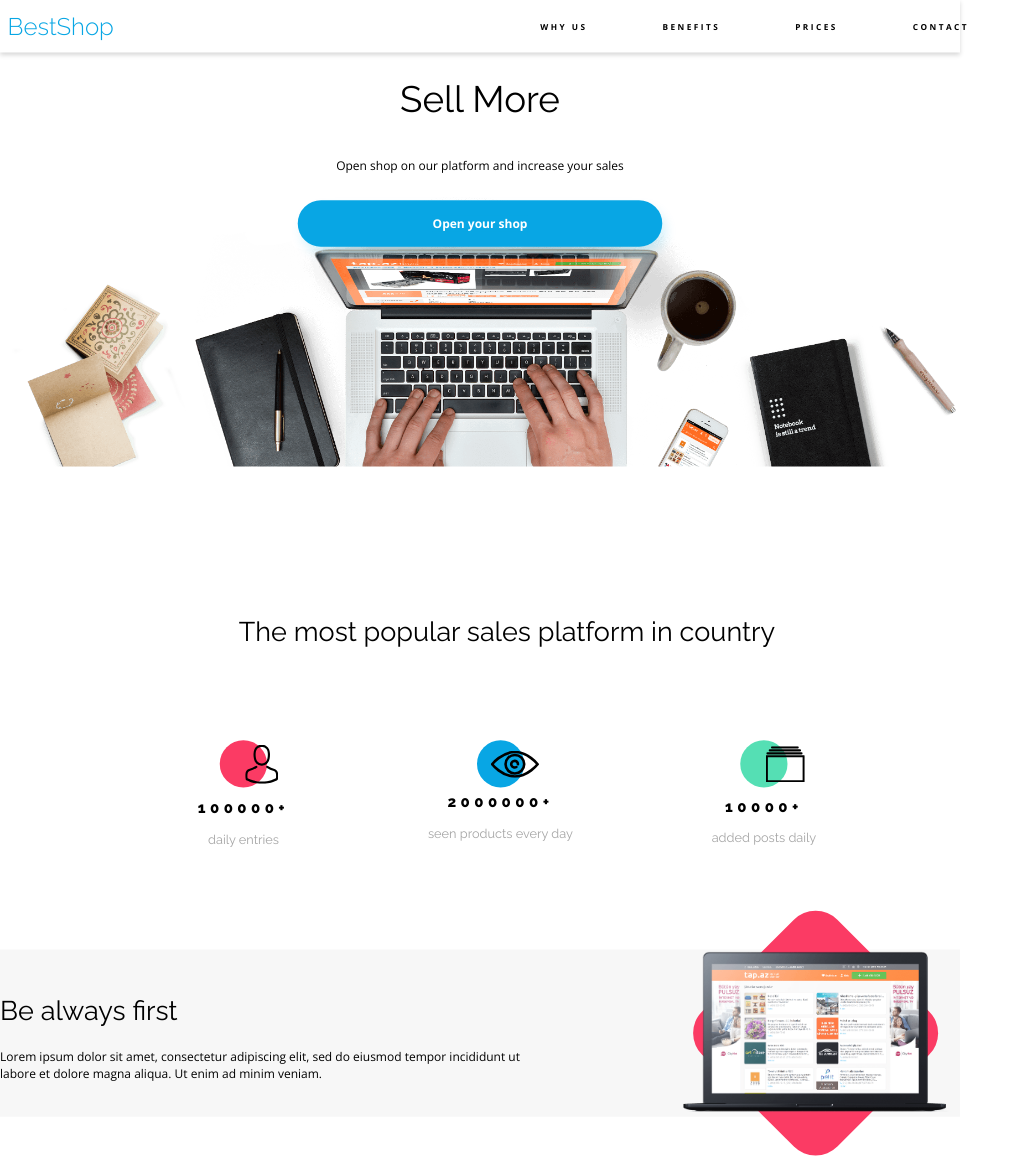
Repository: Widzisz/bestshop-website
Page: index.html
The author's editor kept a copy of each file at every save. The page is drawn from the files as they stood at one save, then again after the next save.
The browser window is 1280 px wide. The page is 1352 px wide, so the pictures cover 1352 px, including what lies to the right of the window. The pictures show the whole page, at 75% of full size.

Above is the page before, as saved 2021-03-19 20:36:51.

After the next save:
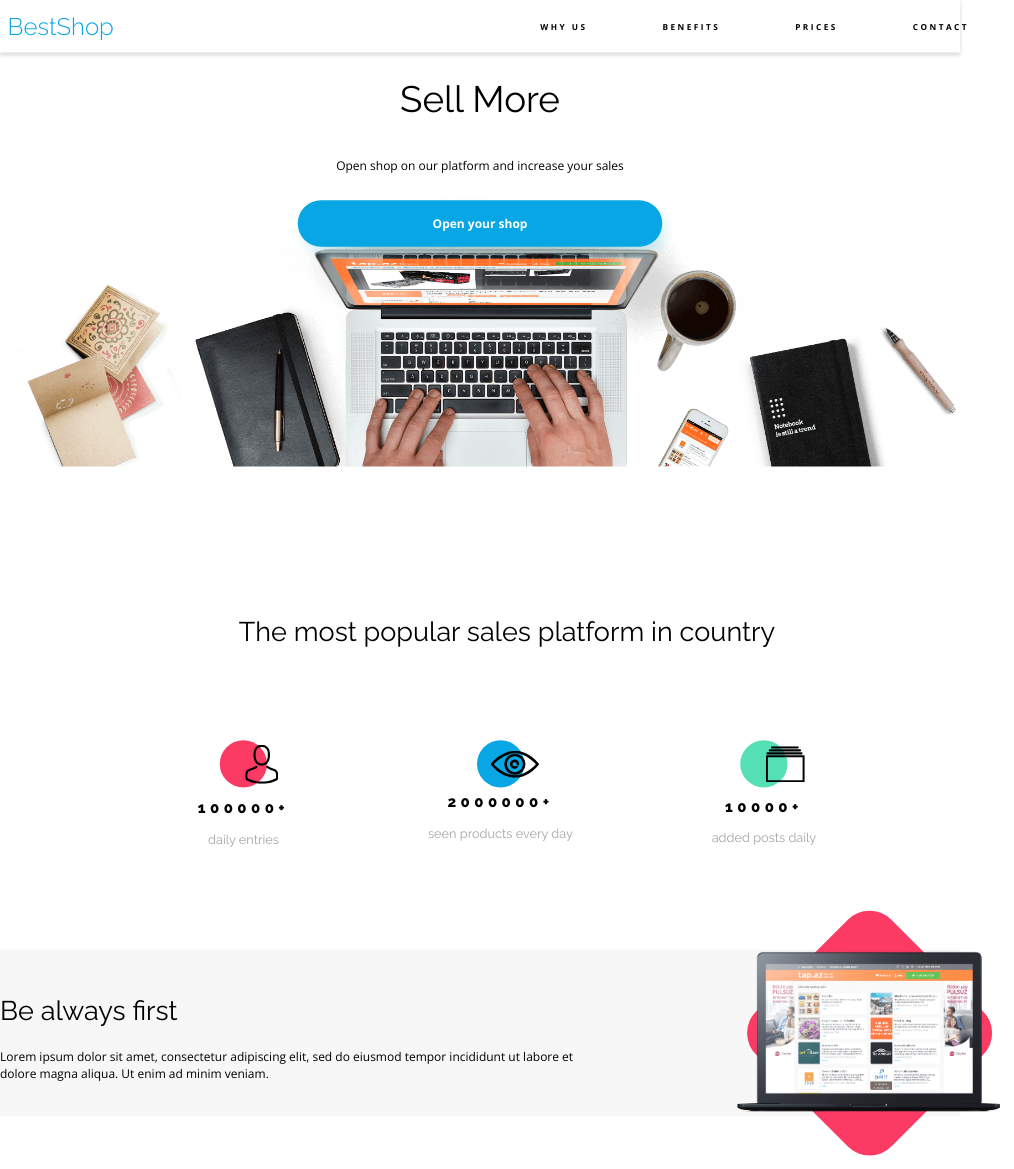
Saved 15 s later.
--- a/css/style.css
+++ b/css/style.css
@@ -266,6 +266,7 @@
 }
 
 .promotion-1 {
+    width: 1352px;
   display: flex;
   justify-content: space-between;
   align-items: center;

After the save that followed:
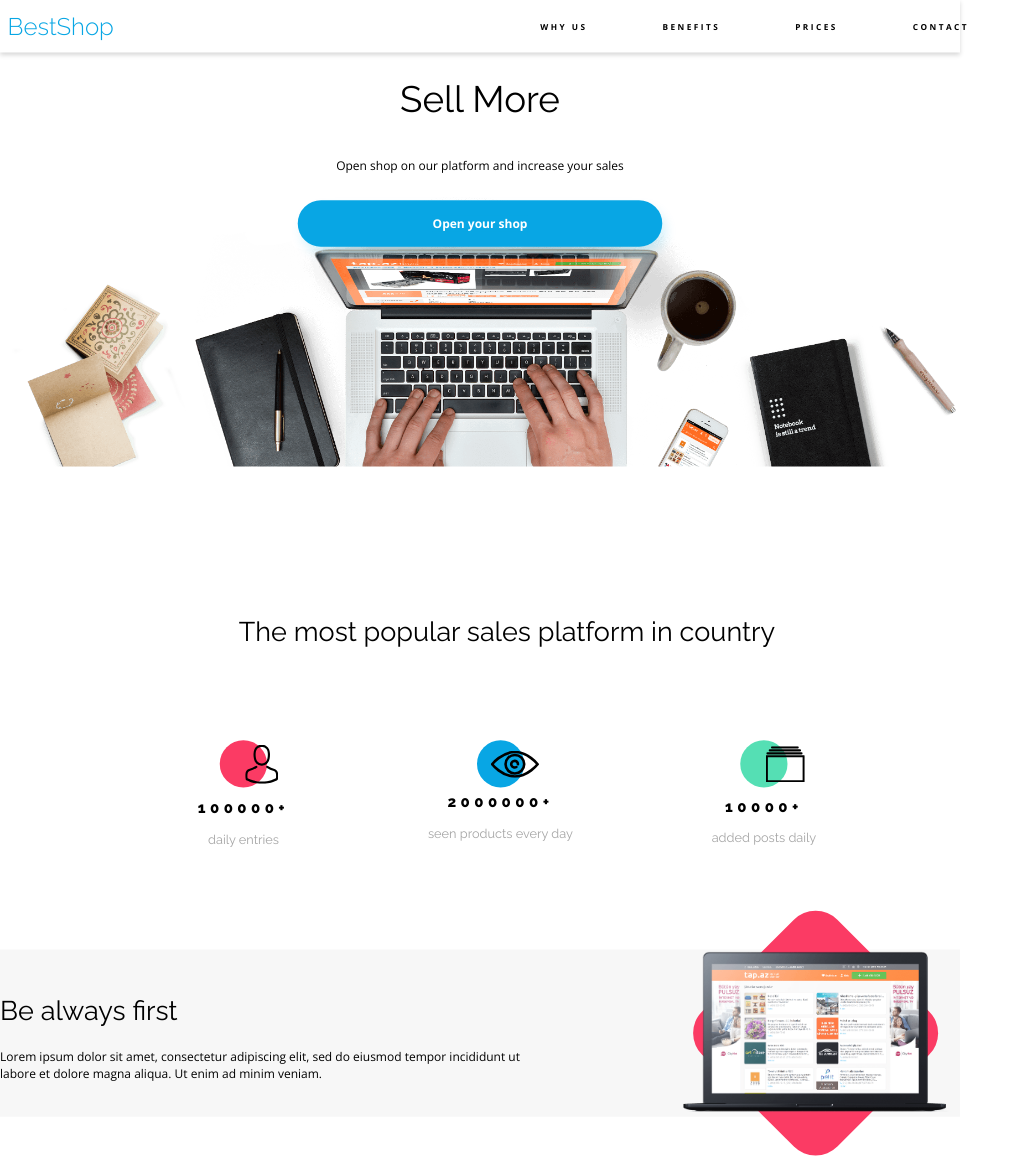
Saved 38 s later.
--- a/css/style.css
+++ b/css/style.css
@@ -262,11 +262,14 @@
 
 .container-2 {
     width: 1352px;
+    margin: 0 auto;
+  padding-left: 10px;
+  padding-right: 10px;
 
 }
 
 .promotion-1 {
-    width: 1352px;
+
   display: flex;
   justify-content: space-between;
   align-items: center;
